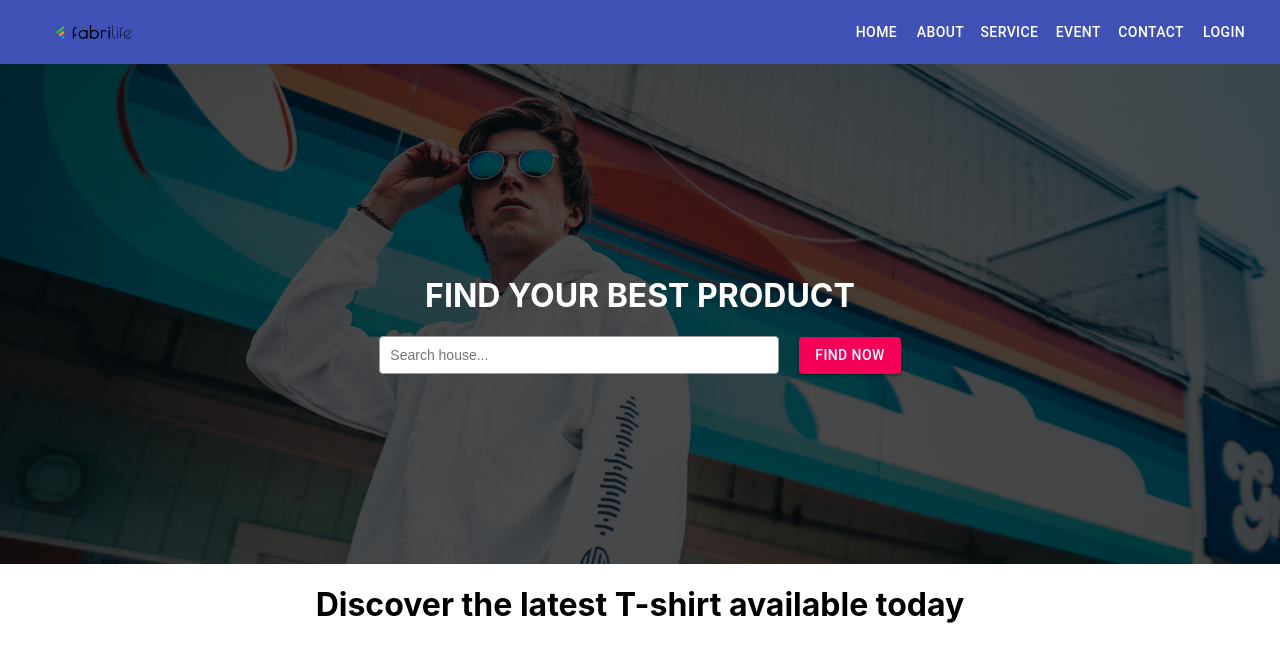
Repository: arif286/fabrilife-E-commerce-client-site
Page: /
The author's editor kept a copy of each file at every save. The page is drawn from the files as they stood at one save, then again after the next save.
The browser window is 1280 px wide. The pictures show the whole page.
The page's requests for data from a server got no answer. The project was rebuilt for these pictures with package versions that can differ from the ones it lists, and the page was loaded fresh each time. No one was signed in, and anything a server would have sent is missing. Also part of the build but not shown: src/components/AddEvent/AddEvent.css, src/components/AddEvent/AddEvent.js, src/components/Shop/ShopCard/ShopCard.js, src/components/NoMatch/NoMatch.js.

Above is the page before, as saved 2021-03-31 01:43:59.

### src/App.js
import React from "react";
import { BrowserRouter as Router, Route, Switch } from "react-router-dom";
import AddEvent from "./components/AddEvent/AddEvent";
import Header from "./components/Header/Header";
import Home from "./components/Home/Home";
import NoMatch from "./components/NoMatch/NoMatch";


function App() {
  return (
    <div>
      <Router>
        <Header />
        <Switch>
          <Route path="/home">
            <Home/>
          </Route>
          <Route path="/addEvent">
            <AddEvent />
          </Route>
          <Route exact path="/">
            <Home />
          </Route>
          <Route path="*">
            <NoMatch />
          </Route>
        </Switch>
      </Router>
    </div>
  );
}

export default App;

### src/components/Header/Header.js
import AppBar from "@material-ui/core/AppBar";
import Button from "@material-ui/core/Button";
import { makeStyles } from "@material-ui/core/styles";
import Toolbar from "@material-ui/core/Toolbar";
import Typography from "@material-ui/core/Typography";
import React from "react";
import { NavLink } from "react-router-dom";
import logo from "../../tshirt-shop/logos/fabrilife.svg";
import "./Header.css";

const useStyles = makeStyles((theme) => ({
  root: {
    flexGrow: 1,
  },
  menuButton: {
    marginRight: theme.spacing(2),
  },
  title: {
    flexGrow: 1,
  },
}));

const Header = () => {
  const classes = useStyles();

  return (
    <div className={classes.root}>
      <AppBar position="static">
        <Toolbar>
          <img
            style={{ width: "80px", marginLeft: "30px" }}
            src={logo}
            alt=""
          />
          {/* <IconButton
              edge="start"
              className={classes.menuButton}
              color="inherit"
              aria-label="menu"
            >
              <MenuIcon />
            </IconButton> */}
          <Typography variant="h6" className={classes.title}></Typography>
          <NavLink className="header-link" to="/home">
            <Button color="inherit">Home</Button>
          </NavLink>
          <NavLink className="header-link" to="/home">
            <Button color="inherit">About</Button>
          </NavLink>
          <NavLink className="header-link" to="/home">
            <Button color="inherit">Service</Button>
          </NavLink>
          <NavLink className="header-link" to="/addEvent">
            <Button color="inherit">Event</Button>
          </NavLink>
          <NavLink className="header-link" to="/home">
            <Button color="inherit">Contact</Button>
          </NavLink>
          <NavLink className="header-link" to="/login">
            <Button color="inherit">Login</Button>
          </NavLink>
        </Toolbar>
      </AppBar>
    </div>
  );
};

export default Header;

### src/components/Home/Home.js
import React from 'react';
import SearchBar from '../SearchBar/SearchBar';
import Shop from '../Shop/Shop';

const Home = () => {
    return (
        <>
            <SearchBar/>
            <Shop/>
        </>
    );
};

export default Home;

### src/components/Header/Header.css
.header-link {
  text-decoration: none;
  color: white;
}

### src/components/SearchBar/SearchBar.js
import { Button } from "@material-ui/core";
import React from "react";
import "./SearchBar.css";

const SearchBar = () => {
  return (
    <div className="bgImage">
      <div className="search-bar">
        <h1>Find your best product</h1>
        <div className="search-bar">
          <input placeholder="Search house..." type="text" />
          <Button color="secondary" variant="contained">
            Find Now
          </Button>
        </div>
      </div>
    </div>
  );
};

export default SearchBar;

### src/components/Shop/Shop.js
import { Container, Grid } from "@material-ui/core";
import axios from "axios";
import React, { useEffect, useState } from "react";
import ShopCard from "./ShopCard/ShopCard";

const Shop = () => {
     const [event, setEvent] = useState([]);

     useEffect(() => {
       axios
         .get("http://localhost:5000/event")
         .then((res) => setEvent(res.data))
         .catch((error) => console.log(error));
     }, []);

    return (
      <div>
        <Container>
          <Grid container direction="column" alignItems="center">
            <h1> Discover the latest T-shirt available today</h1>
          </Grid>
          <Grid container spacing={4}>
            {
              event.map((product, index) => (
              <Grid item xs={12} sm={6} md={4}>
                <ShopCard product={product} key={index} />
              </Grid>
            ))
            }
          </Grid>
        </Container>
      </div>
    );
};

export default Shop;

### src/components/SearchBar/SearchBar.css
.bgImage {
  background-image: linear-gradient(#000000b3, #000000b3),
    url("../../tshirt-shop/images/websiteheader2.png") !important;
  background-repeat: no-repeat;
  background-size: cover;
  min-height: 500px;
  width: 100%;
  display: flex;
  justify-content: center;
  align-items: center;
}
.search-bar h1 {
  color: white;
  text-transform: uppercase;
}
.search-bar input {
  min-width: 400px;
  display: inline-block;
  box-sizing: border-box;
  padding: 10px;
  border-radius: 4px;
  font-size: 14px;
  border: 1px solid #999999;
  outline: none;
  margin-right: 20px;
}
.search-bar {
  text-align: center;
}

Loaded but not shown: public/index.html (common file); src/index.js (common file); src/index.css (common file); src/reportWebVitals.js (common file); src/components/Shop/ShopCard/ShopCard.css (no stored copy; drawn as an empty file)

After the next save:
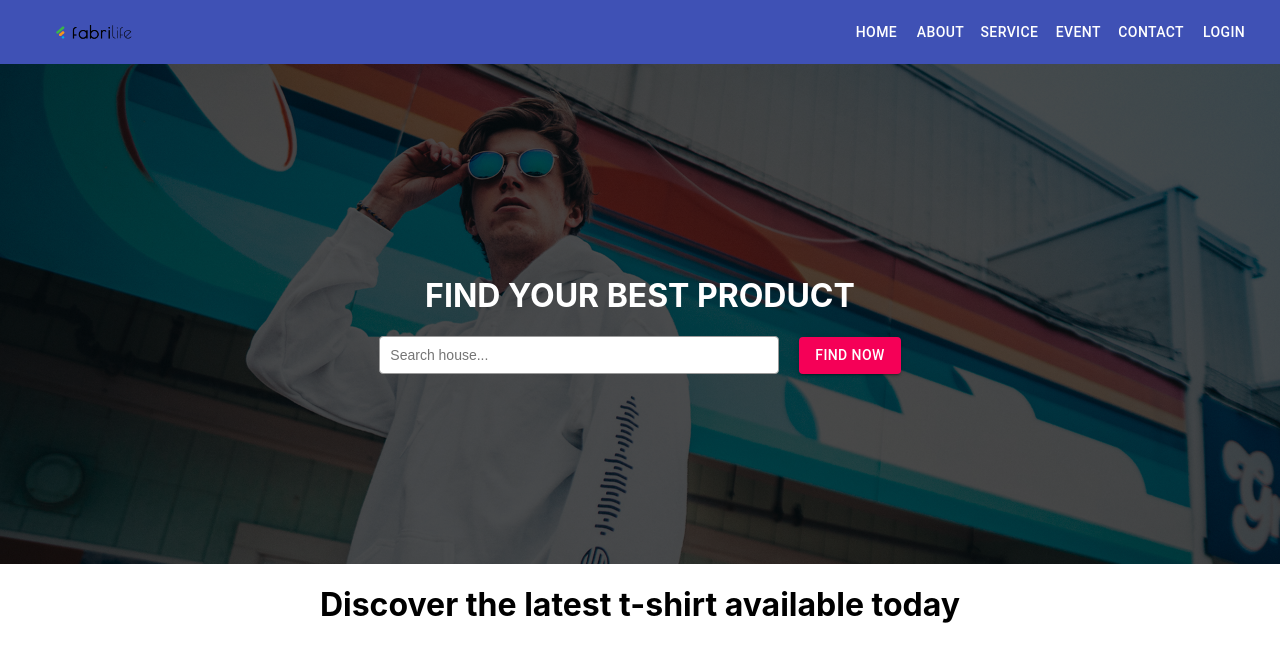
Saved 3 min 45 s later.
--- a/src/components/Shop/Shop.js
+++ b/src/components/Shop/Shop.js
@@ -17,7 +17,7 @@
       <div>
         <Container>
           <Grid container direction="column" alignItems="center">
-            <h1> Discover the latest T-shirt available today</h1>
+            <h1> Discover the latest t-shirt available today</h1>
           </Grid>
           <Grid container spacing={4}>
             {
